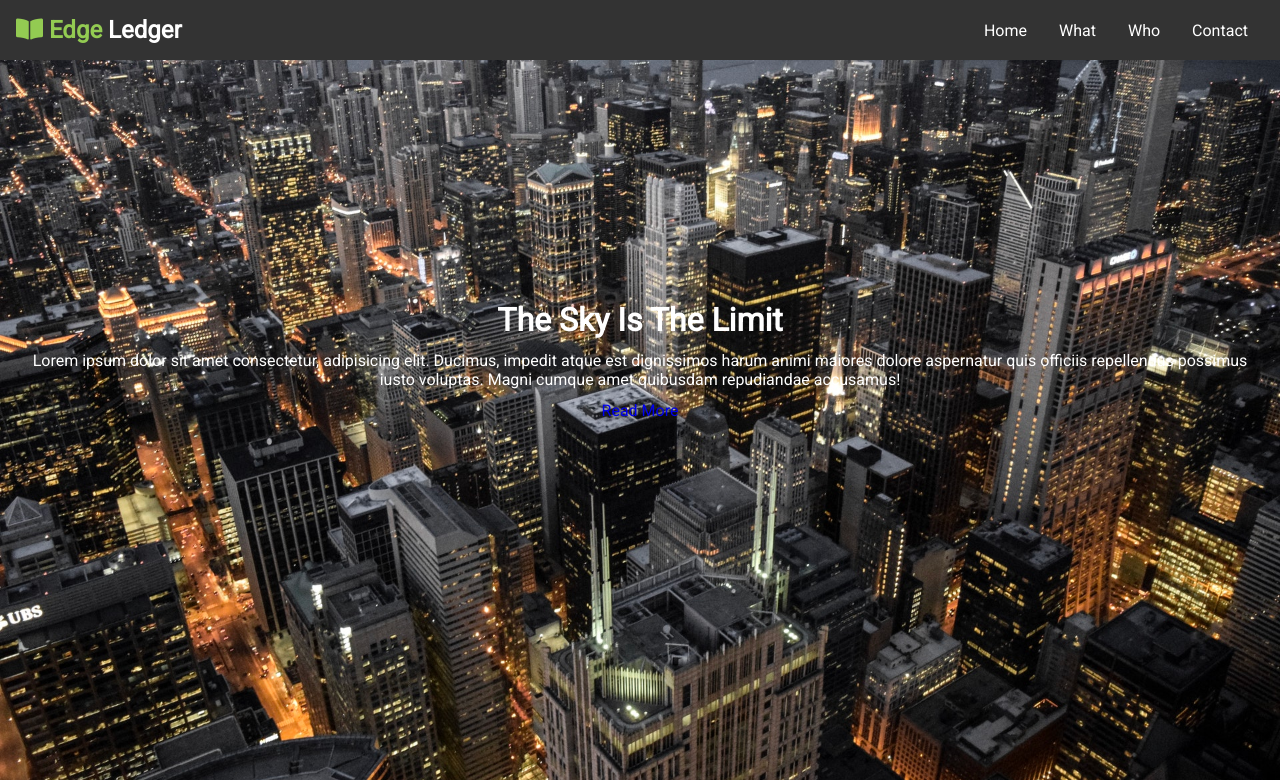
Repository: minhtien9/EdgeLedger-Financial-Web
Page: index.html
These files come from the project's save history. The page is drawn as it stood at one moment and after the next save; the edit follows.
The browser window is 1280 px wide. The pictures show the whole page.

Above is the page before, as saved 2021-08-16 21:56:49.

After the next save:
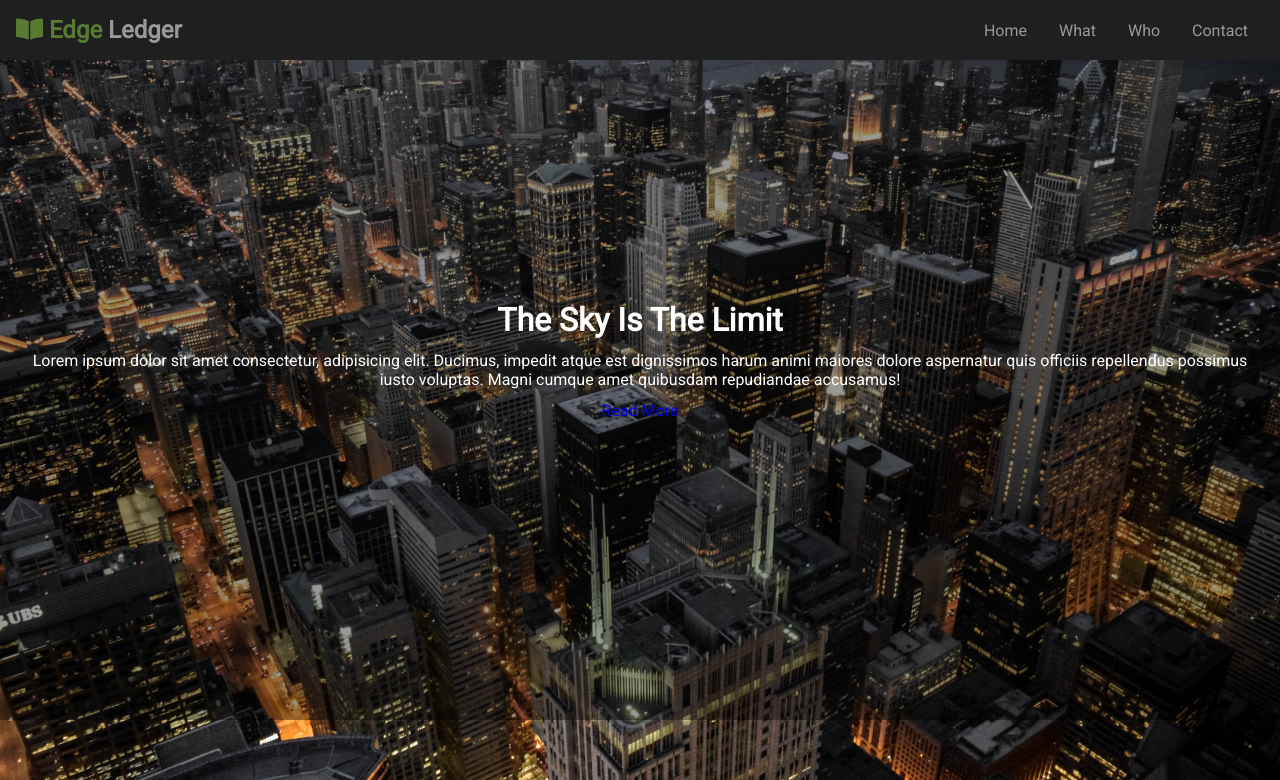
Saved 49 s later.
--- a/css/style.css
+++ b/css/style.css
@@ -76,4 +76,5 @@
     position: absolute;
     top: 0;
     left: 0;
+    background-color: rgba(0, 0, 0, 0.4);
 }
